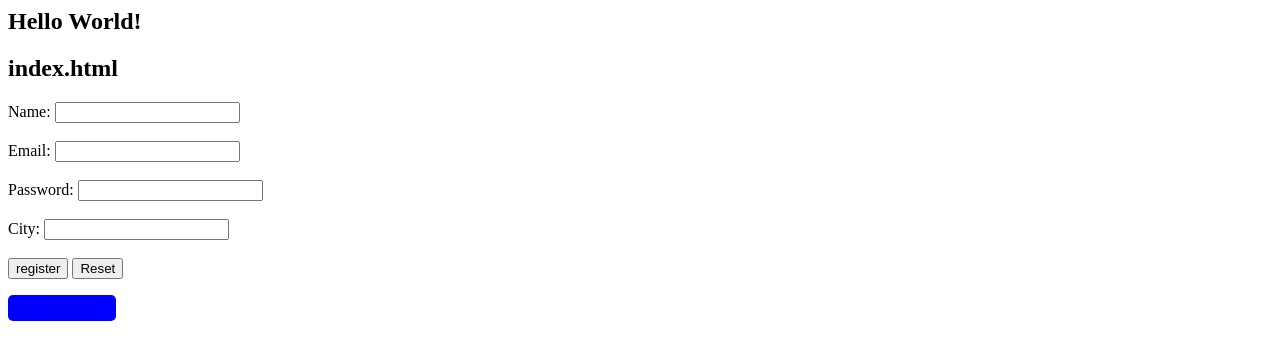
Repository: patramanik/java_ORM_Hibernate
Page: http://localhost/HD19/
The author's editor kept a copy of each file at every save. The page is drawn from the files as they stood at one save, then again after the next save.
The browser window is 1280 px wide. The pictures show the whole page.
The page is served by Tomcat 9. Nobody is signed in. The application's start-up code is not run.

Above is the page before, as saved 2025-04-09 18:38:55.

After the next save:
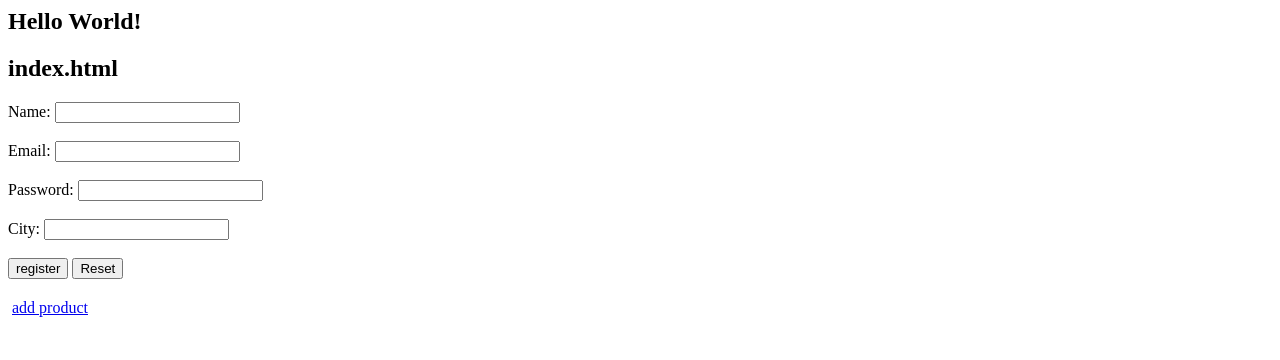
Saved 27 s later.
--- a/HD19/src/main/webapp/index.jsp
+++ b/HD19/src/main/webapp/index.jsp
@@ -12,7 +12,7 @@
 	<input type="reset">
 	</form>
 
-	<div style="height: 50 px; width: 100px; border-radius: 5px;background-color: blue;padding: 4px;">
+	<div style="height: 50 px; width: 100px; border-radius: 5px;background-color: white;padding: 4px;">
 	<a href="addproduct.jsp">add product</a>
 	</div>
 
